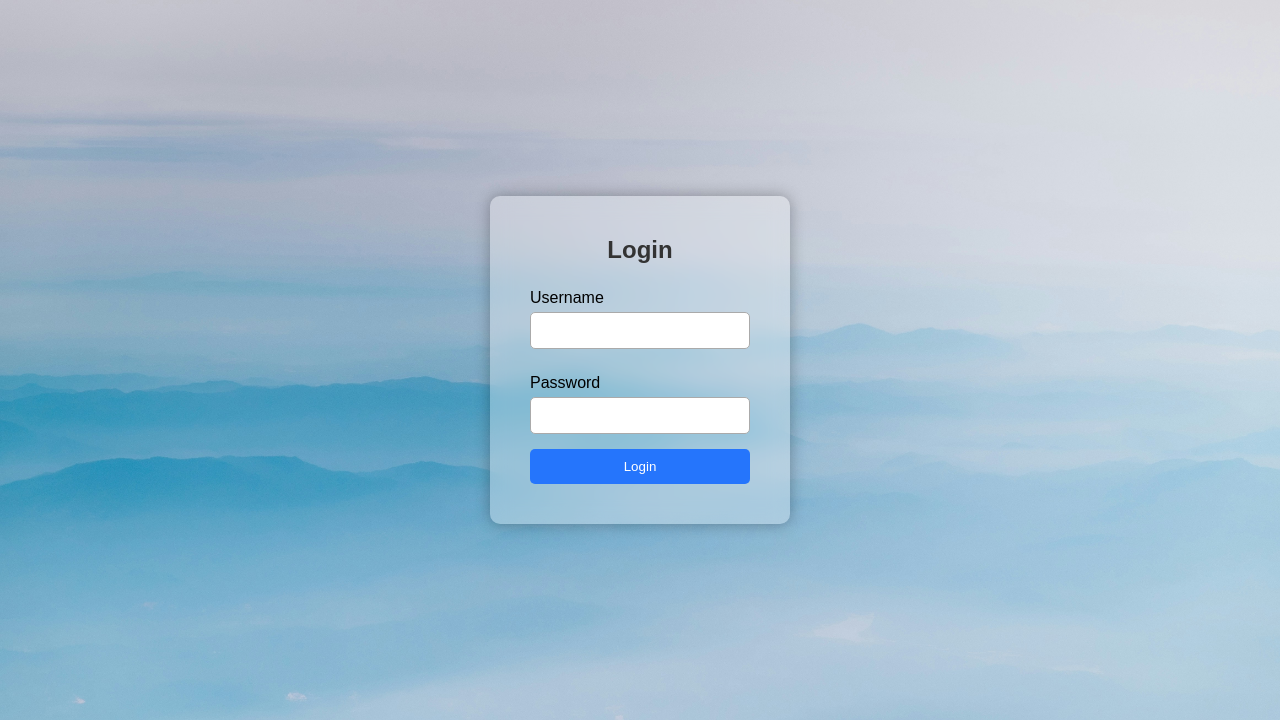
Repository: aboli-vyas/Servlet_Projects
Page: http://localhost/Sevlet_Project/Login.html
These files come from the project's save history. The page is drawn as it stood at one moment and after the next save; the edit follows.
The browser window is 1280 px wide. The pictures show the whole page.
The page is served by Tomcat 9.

Above is the page before, as saved 2025-06-07 12:24:30.

After the next save:
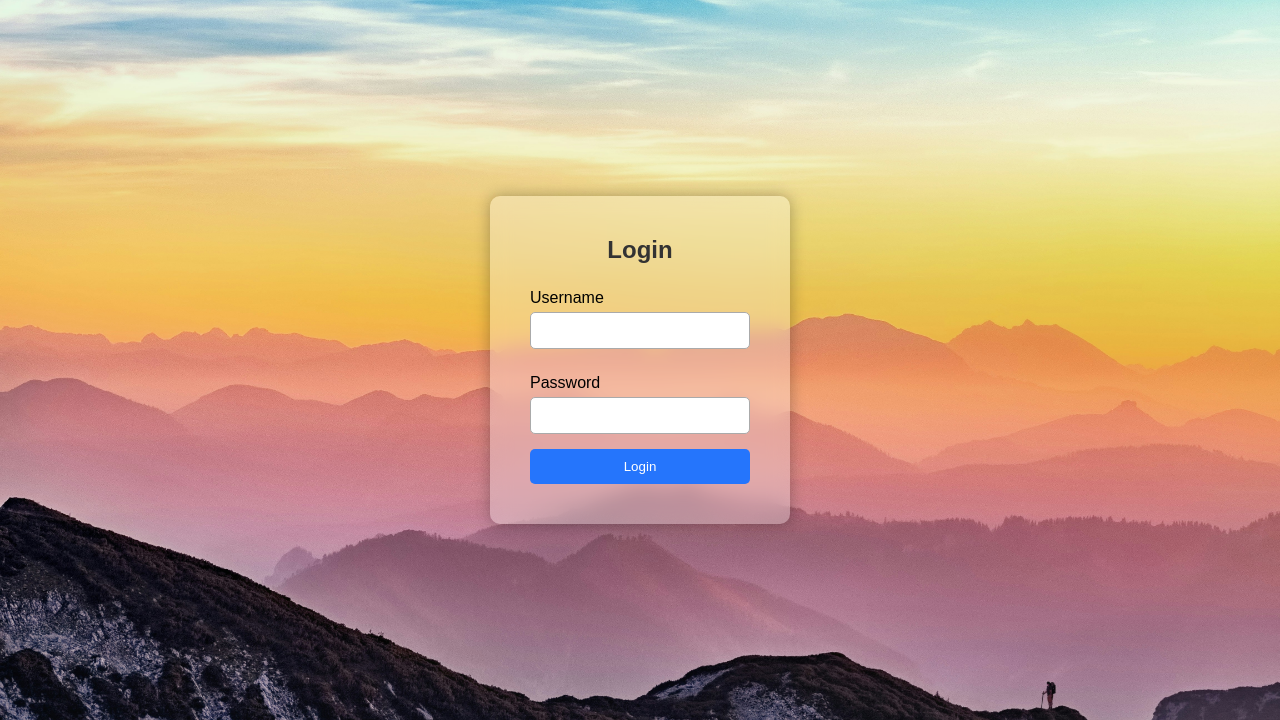
Saved 5 s later.
--- a/Sevlet_Project/src/main/webapp/style2.css
+++ b/Sevlet_Project/src/main/webapp/style2.css
@@ -11,11 +11,11 @@ body {
   display: flex;
   justify-content: center;
   align-items: center;
-  background-image: url("Images/bg.jpg");
+  background-image: url("Images/bg2.jpg");
   background-size: cover;
   background-position: center;
   background-repeat: no-repeat;
-    background-attachment: fixed;
+  background-attachment: fixed;
 }
 
 .login-container {
